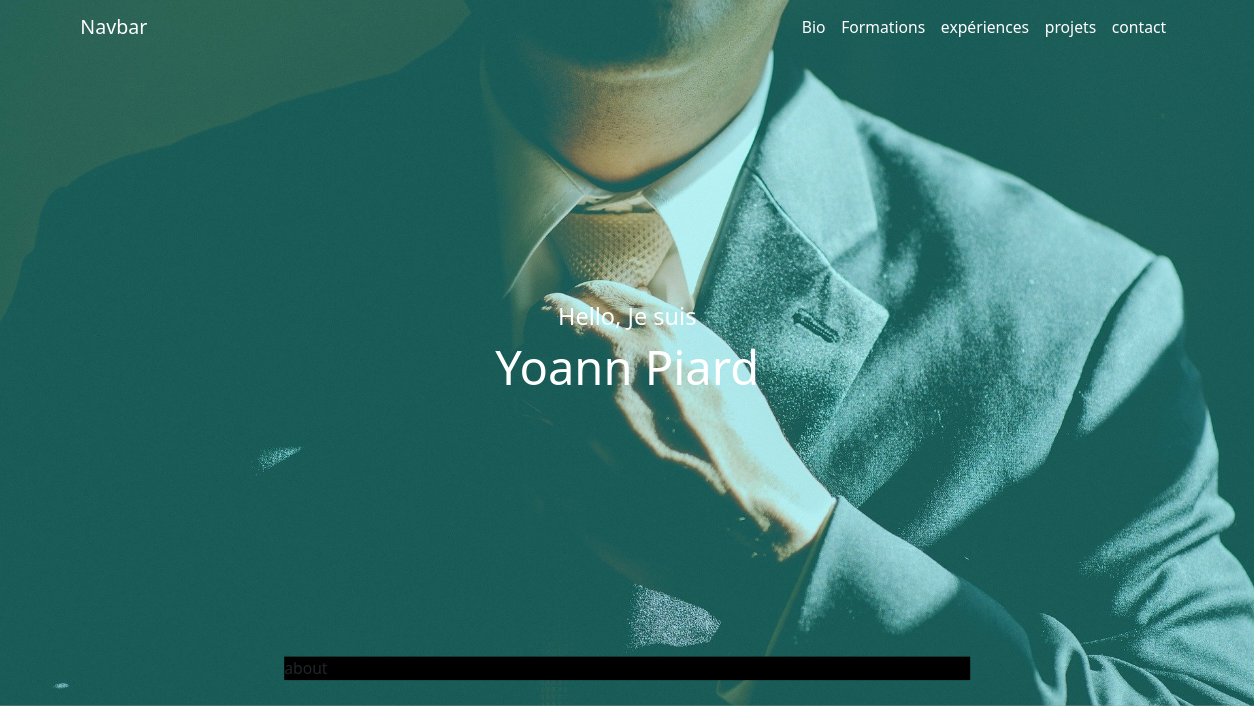
Repository: ypiard85/port-folio-bootstrap-yoann-2021
Page: index.html
The author's editor kept a copy of each file at every save. The page is drawn from the files as they stood at one save, then again after the next save.
The browser window is 1280 px wide. The pictures show the whole page, at 98% of full size.

Above is the page before, as saved 2021-03-09 12:32:19.

### index.html
<!DOCTYPE html>
<html lang="en">
<head>
    <meta charset="UTF-8">
    <meta http-equiv="X-UA-Compatible" content="IE=edge">
    <meta name="viewport" content="width=device-width, initial-scale=1.0">
    <!-- CSS only -->
    <link rel="stylesheet" href="./resource/style.css">
<link href="https://cdn.jsdelivr.net/npm/bootstrap@5.0.0-beta2/dist/css/bootstrap.min.css" rel="stylesheet" integrity="sha384-BmbxuPwQa2lc/FVzBcNJ7UAyJxM6wuqIj61tLrc4wSX0szH/Ev+nYRRuWlolflfl" crossorigin="anonymous">
    <title>Document</title>
</head>
<body>

        <nav class="navbar position-fixed w-100 navbar-expand-lg navbar-light">
            <div class="container">
              <a class="navbar-brand" href="#">Navbar</a>
              <button class="navbar-toggler" type="button" data-bs-toggle="collapse" data-bs-target="#navbarNav" aria-controls="navbarNav" aria-expanded="false" aria-label="Toggle navigation">
                <span class="navbar-toggler-icon"></span>
              </button>
              <div class="collapse navbar-collapse" id="navbarNav">
                <ul class="navbar-nav">
                  <li class="nav-item">
                    <a class="nav-link active" aria-current="page" href="#bio">Bio</a>
                  </li>
                  <li class="nav-item">
                    <a class="nav-link" href="#formation">Formations</a>
                  </li>
                  <li class="nav-item">
                    <a class="nav-link" href="#experience">expériences</a>
                  </li>
                  <li class="nav-item">
                    <a class="nav-link" href="#projet">projets</a>
                  </li>
                  <li class="nav-item">
                    <a class="nav-link" href="#contact">contact</a>
                  </li>
                </ul>
              </div>
            </div>
          </nav>

          <header class="container-fluid flex-column
          d-flex align-items-center justify-content-center">
              <h4>Hello, Je suis</h4>
              <h1>Yoann Piard</h1>
          </header>

          <section class="about_me">
                about
          </section>

<!-- JavaScript Bundle with Popper -->
<script src="https://cdn.jsdelivr.net/npm/bootstrap@5.0.0-beta2/dist/js/bootstrap.bundle.min.js" integrity="sha384-b5kHyXgcpbZJO/tY9Ul7kGkf1S0CWuKcCD38l8YkeH8z8QjE0GmW1gYU5S9FOnJ0" crossorigin="anonymous"></script>
</body>
</html>

### resource/style.css
.navbar-collapse{
    flex-grow: 0!important;
}

nav a{
    color: white!important;
}

header{
    height: 100vh;
    background: gray;
    background-image: linear-gradient(90deg, rgba(0,231,249,0.2780462526807598) 100%, rgba(0,4,24,0.4405112386751575) 74%), url('./image/about-section.jpg');
    background-repeat: no-repeat;
    background-size: cover;
    background-position: top center;
    color: white;
}

header h1{
    font-weight: normal;
    font-size: 3em;
}

.about_me{
    width: 700px;
    margin: auto;
    background-color: black;
    margin-top: -50px;;
}

After the next save:
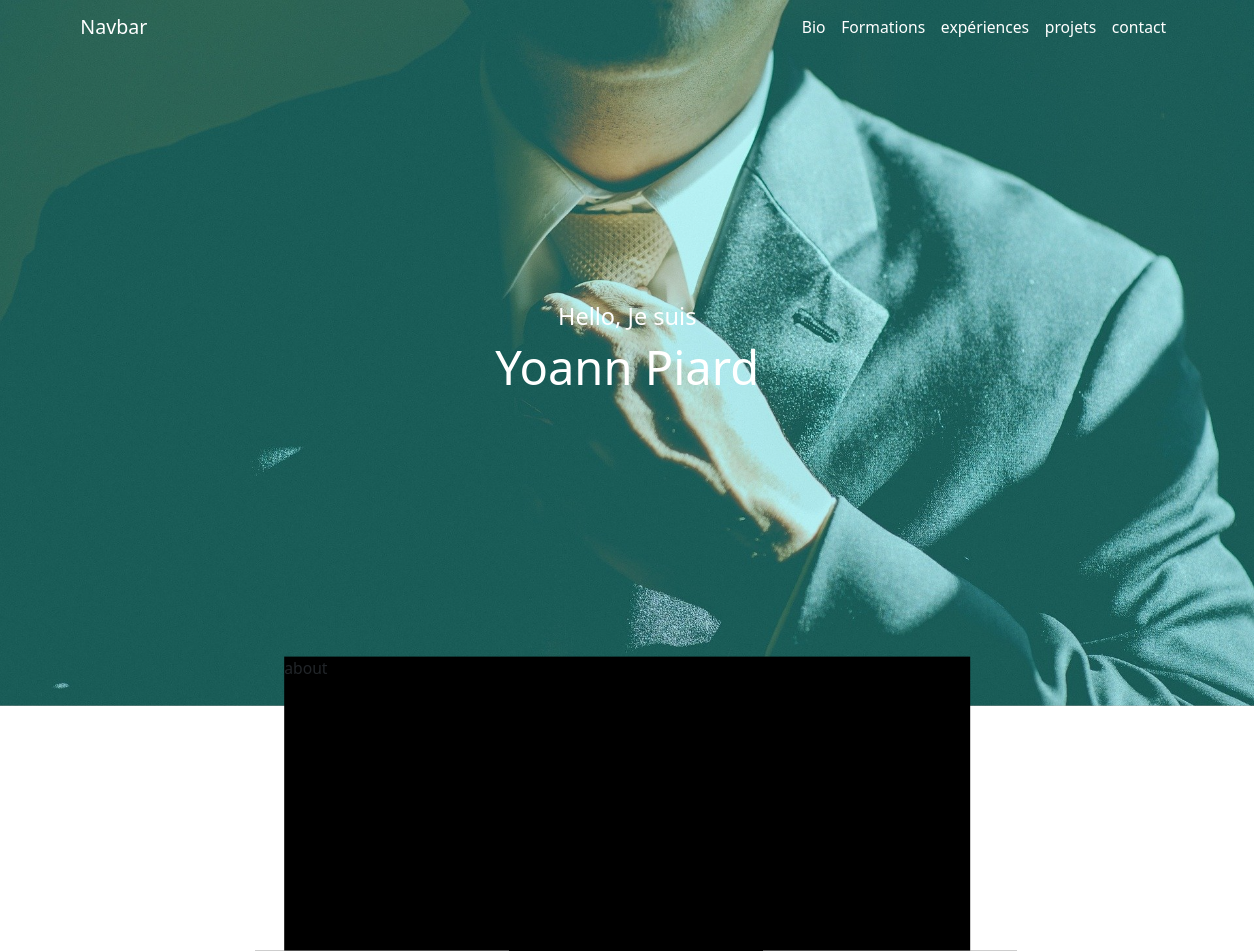
Saved 12 s later.
--- a/resource/style.css
+++ b/resource/style.css
@@ -25,5 +25,6 @@ header h1{
     width: 700px;
     margin: auto;
     background-color: black;
-    margin-top: -50px;;
+    margin-top: -50px;
+    height: 300px;
 }
